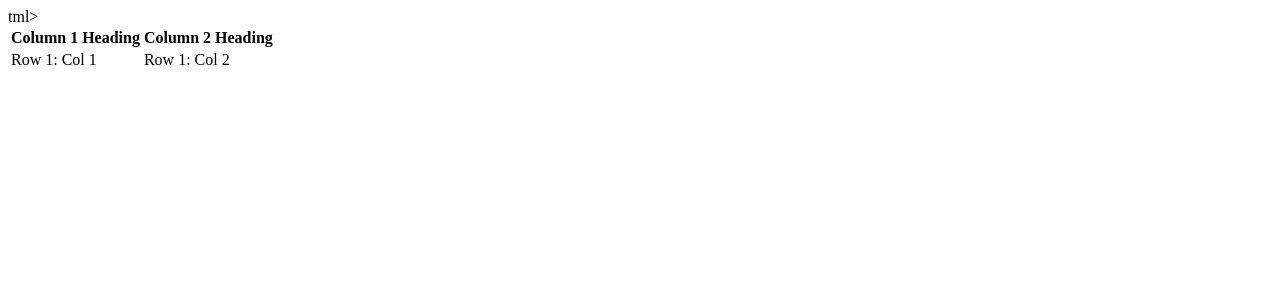
Repository: AHJ2616/Java
Page: http://localhost/board-jsp/Common/Link.jsp
An editor plug-in stored every save of this project. The page is shown before and after the next save, followed by the edit.
The browser window is 1280 px wide. The pictures show the whole page.
The page is served by Tomcat 9.

Above is the page before, as saved 2024-07-26 02:24:35.

After the next save:
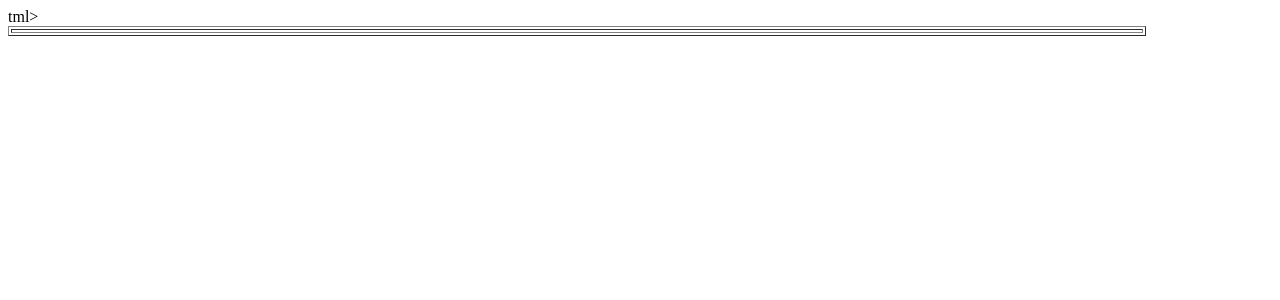
Saved 32 min 22 s later.
--- a/jsp_workspace/board-jsp/src/main/webapp/Common/Link.jsp
+++ b/jsp_workspace/board-jsp/src/main/webapp/Common/Link.jsp
@@ -3,13 +3,15 @@
 <!-- 페이지 위에있는 메뉴 바 -->
 <!-- include용 파일은 기본 태그가 필요 없다 -->
 
-<table>
+<table border= "1" width= "90%" > <!-- 두께 1 , 가로크기 90% -->
   <tr>
-    <th>Column 1 Heading</th>
-    <th>Column 2 Heading</th>
-  </tr>
-  <tr>
-    <td>Row 1: Col 1</td>
-    <td>Row 1: Col 2</td>
+    <td align="center" >
+    	<%
+    	if(session.getAttribute("id")==null){// session에 id가 없으면(로그인 안한 상태면) 로그인 표시
+
+    	}else{}//로그인상태면 로그아웃 표시
+    	%>
+    </td>
+    <!-- 로그인상태를 보고 로그인 | 로그아웃 표시 -->
   </tr>
 </table>
